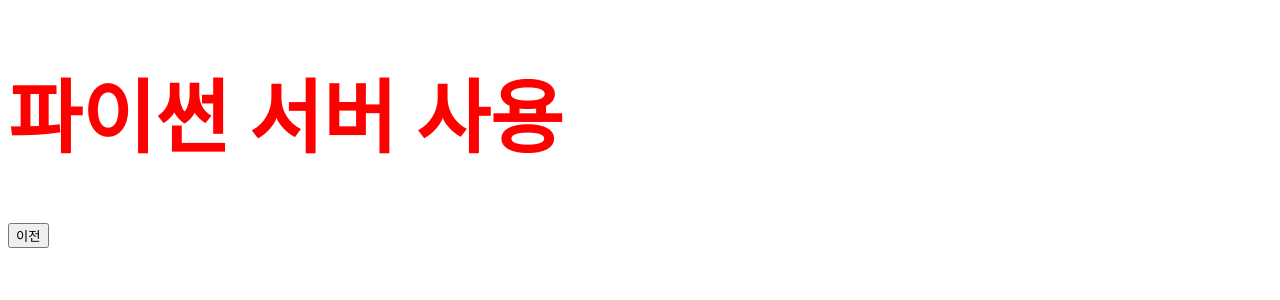
Repository: offbr/Python
Page: pynetwork/py_http/def.html
These files come from the project's save history. The page is drawn as it stood at one moment and after the next save; the edit follows.
The browser window is 1280 px wide. The pictures show the whole page.

Above is the page before, as saved 2016-11-03 02:27:41.

After the next save:
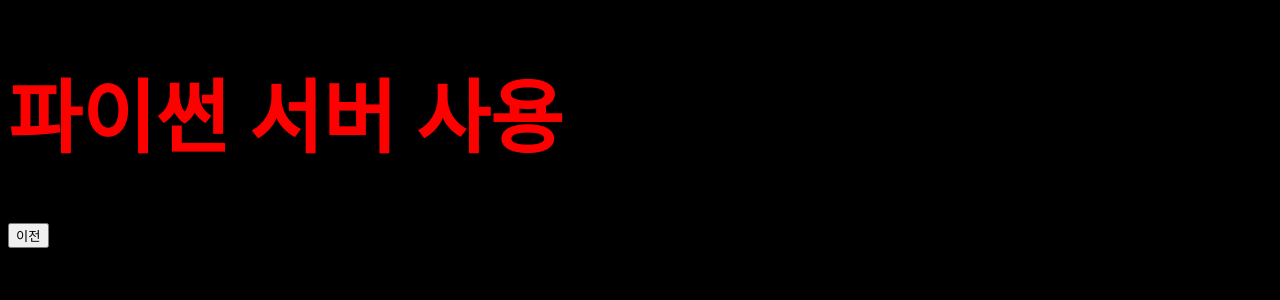
Saved 13 s later.
--- a/pynetwork/py_http/def.html
+++ b/pynetwork/py_http/def.html
@@ -3,6 +3,12 @@
 <head>
 <meta charset="UTF-8">
 <title>Insert title here</title>
+<style>
+body{
+	background-color : black;
+	color : lime;
+}
+</style>
 </head>
 <body>
 <h1 style="font-size: 80px; color: red">파이썬 서버 사용</h1>
